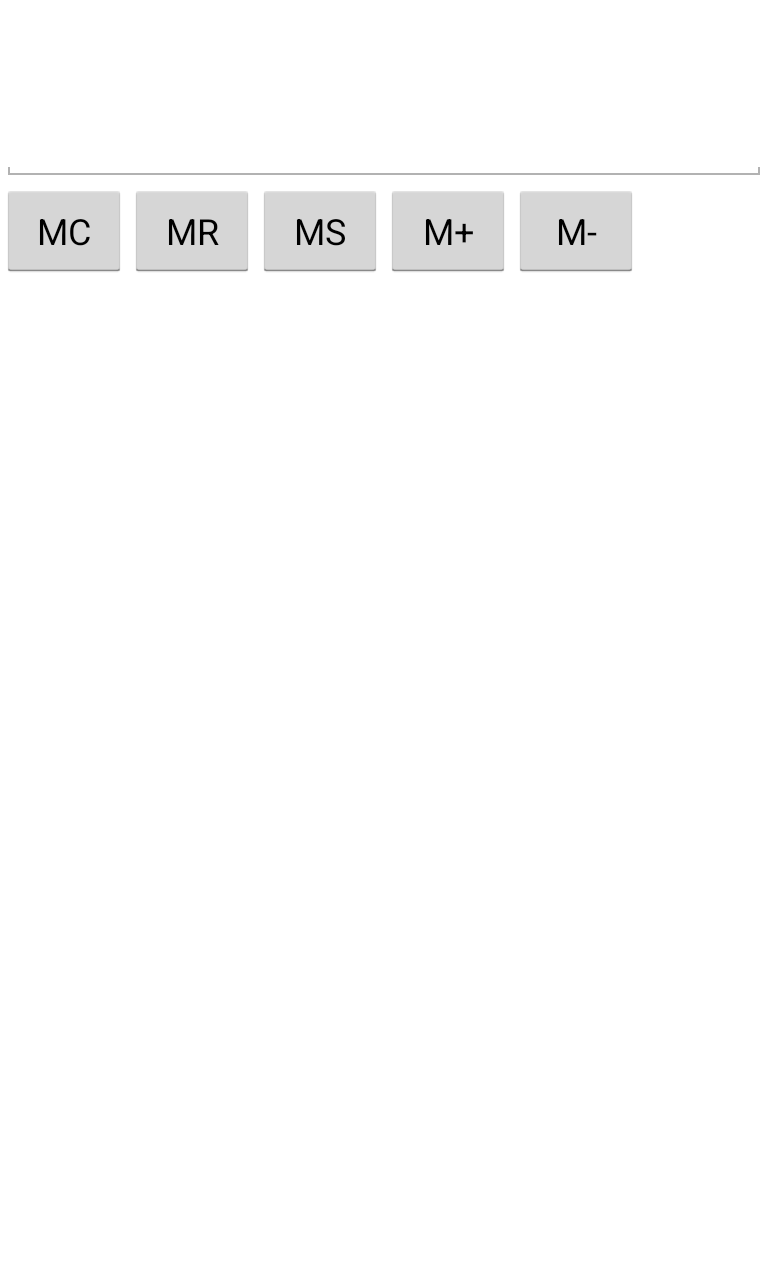
Repository: sonyi/androidClass
Layout: androidClass/day02/Calculate/res/layout/activity_main.xml
An editor plug-in stored every save of this project. The layout is shown before and after the next save, followed by the edit.
It is drawn on a 768 x 1280 px phone screen (xhdpi) without system bars, with theme AppTheme; the app's code is not run.

Above is the layout before, as saved 2014-05-28 05:16:40.

### androidClass/day02/Calculate/res/layout/activity_main.xml
<?xml version="1.0" encoding="utf-8"?>
<RelativeLayout xmlns:android="http://schemas.android.com/apk/res/android"
    android:layout_width="match_parent"
    android:layout_height="match_parent" >

    <EditText
        android:id="@+id/et_show"
        android:layout_width="match_parent"
        android:layout_height="wrap_content"
        android:layout_marginTop="10dp"
        android:lines="3" />

    <Button
        android:id="@+id/id_mc"
        android:layout_width="wrap_content"
        android:layout_height="wrap_content"
        android:layout_alignParentLeft="true"
        android:layout_below="@id/et_show"
        android:text="MC" />

    <Button
        android:id="@+id/id_mr"
        android:layout_width="wrap_content"
        android:layout_height="wrap_content"
        android:layout_alignTop="@id/id_mc"
        android:layout_toRightOf="@id/id_mc"
        android:text="MR" />

    <Button
        android:id="@+id/id_ms"
        android:layout_width="wrap_content"
        android:layout_height="wrap_content"
        android:layout_alignTop="@id/id_mr"
        android:layout_toRightOf="@id/id_mr"
        android:text="MS" />

    <Button
        android:id="@+id/id_m1"
        android:layout_width="wrap_content"
        android:layout_height="wrap_content"
        android:layout_alignTop="@id/id_ms"
        android:layout_toRightOf="@id/id_ms"
        android:text="M+" />

    <Button
        android:id="@+id/id_m2"
        android:layout_width="wrap_content"
        android:layout_height="wrap_content"
        android:layout_alignTop="@id/id_m1"
        android:layout_toRightOf="@id/id_m1"
        android:text="M-" />

</RelativeLayout>

Loaded but not shown: androidClass/day02/Calculate/res/values/styles.xml (common file); androidClass/day02/Calculate/res/values-v11/styles.xml (common file); androidClass/day02/Calculate/res/values-v14/styles.xml (common file)

After the next save:
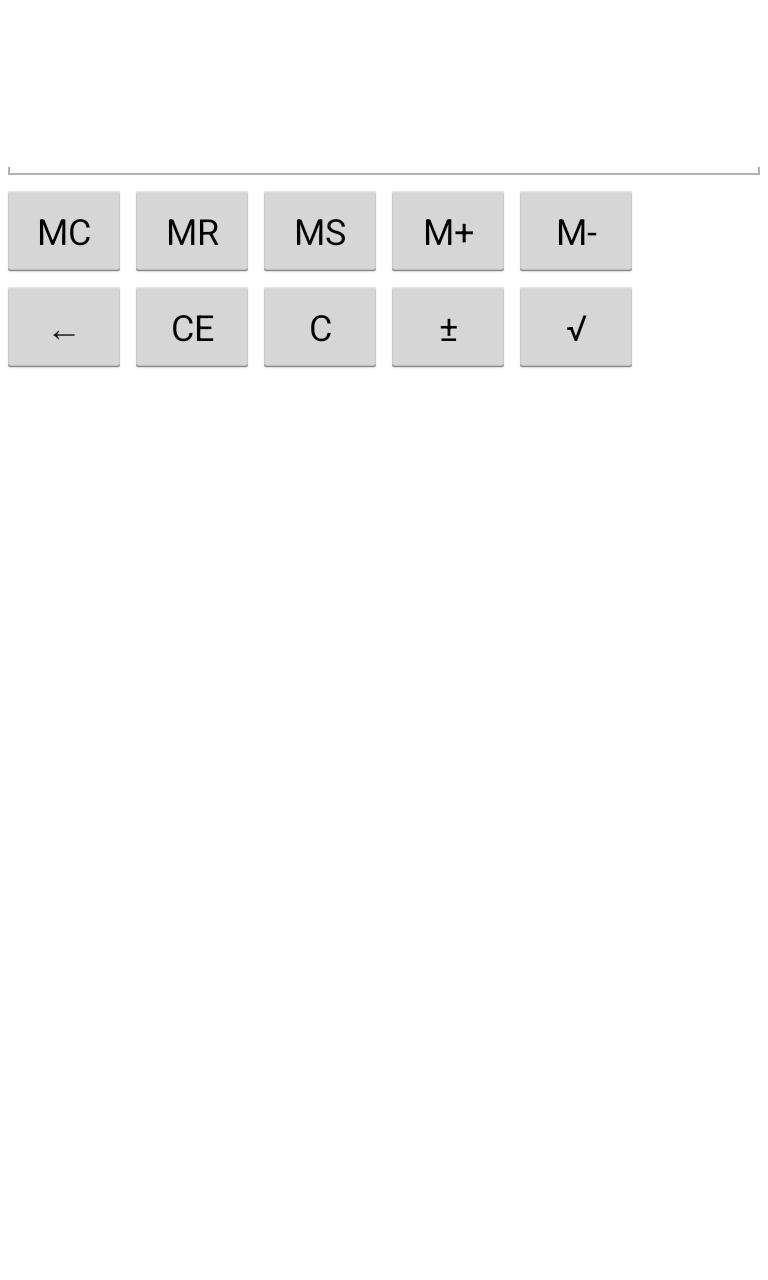
Saved 6 min 7 s later.
--- a/androidClass/day02/Calculate/res/layout/activity_main.xml
+++ b/androidClass/day02/Calculate/res/layout/activity_main.xml
@@ -50,4 +50,45 @@
         android:layout_toRightOf="@id/id_m1"
         android:text="M-" />
 
+
+      <Button
+        android:id="@+id/id_quits"
+        android:layout_width="wrap_content"
+        android:layout_height="wrap_content"
+        android:layout_below="@id/id_mc"
+        android:text="←" />
+
+    <Button
+        android:id="@+id/id_ce"
+        android:layout_width="wrap_content"
+        android:layout_height="wrap_content"
+        android:layout_alignTop="@id/id_quits"
+        android:layout_toRightOf="@id/id_quits"
+        android:text="CE" />
+
+    <Button
+        android:id="@+id/id_c"
+        android:layout_width="wrap_content"
+        android:layout_height="wrap_content"
+        android:layout_alignTop="@id/id_ce"
+        android:layout_toRightOf="@id/id_ce"
+        android:text="C" />
+
+    <Button
+        android:id="@+id/id_mark"
+        android:layout_width="wrap_content"
+        android:layout_height="wrap_content"
+        android:layout_alignTop="@id/id_c"
+        android:layout_toRightOf="@id/id_c"
+        android:text="±" />
+
+    <Button
+        android:id="@+id/id_sqre"
+        android:layout_width="wrap_content"
+        android:layout_height="wrap_content"
+        android:layout_alignTop="@id/id_mark"
+        android:layout_toRightOf="@id/id_mark"
+        android:text="√" />
+
+
 </RelativeLayout>
